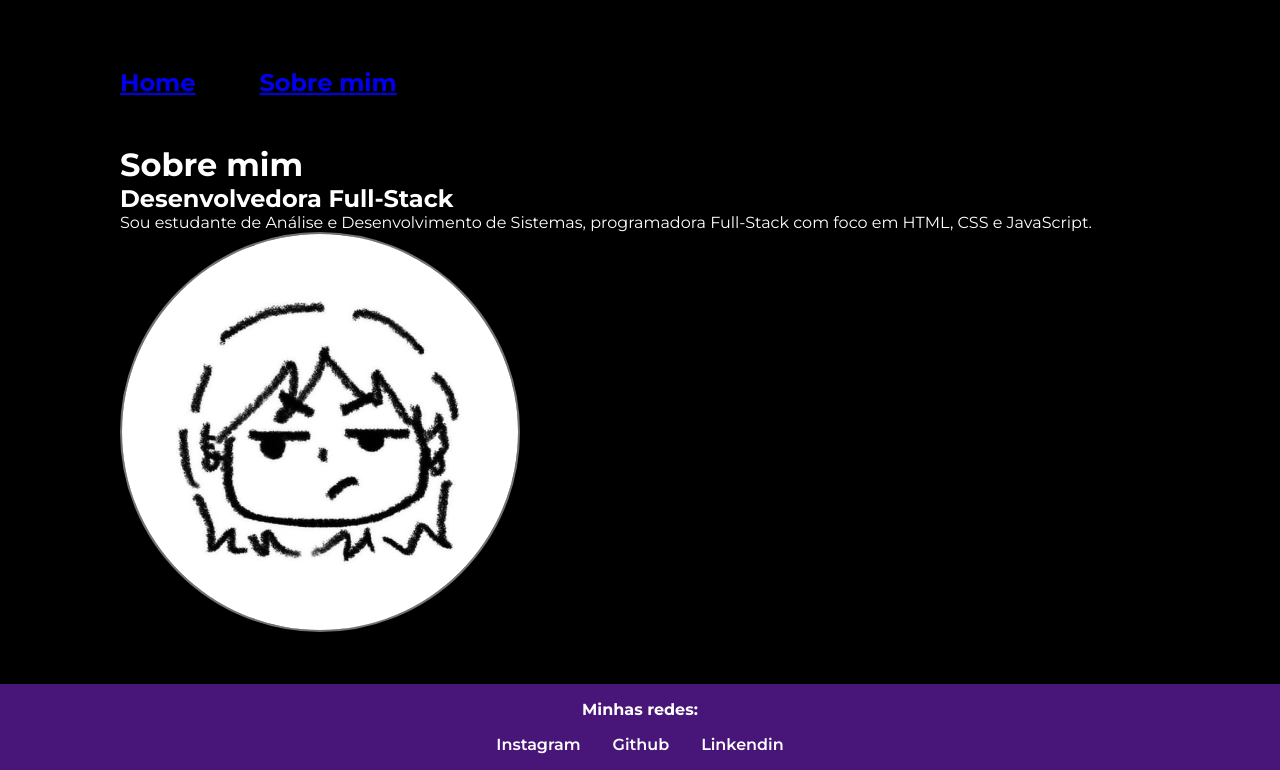
Repository: analessp/portfolio-developer
Page: index.html
The author's editor kept a copy of each file at every save. The page is drawn from the files as they stood at one save, then again after the next save.
The browser window is 1280 px wide. The pictures show the whole page.

Above is the page before, as saved 2025-04-24 10:37:12.

After the next save:
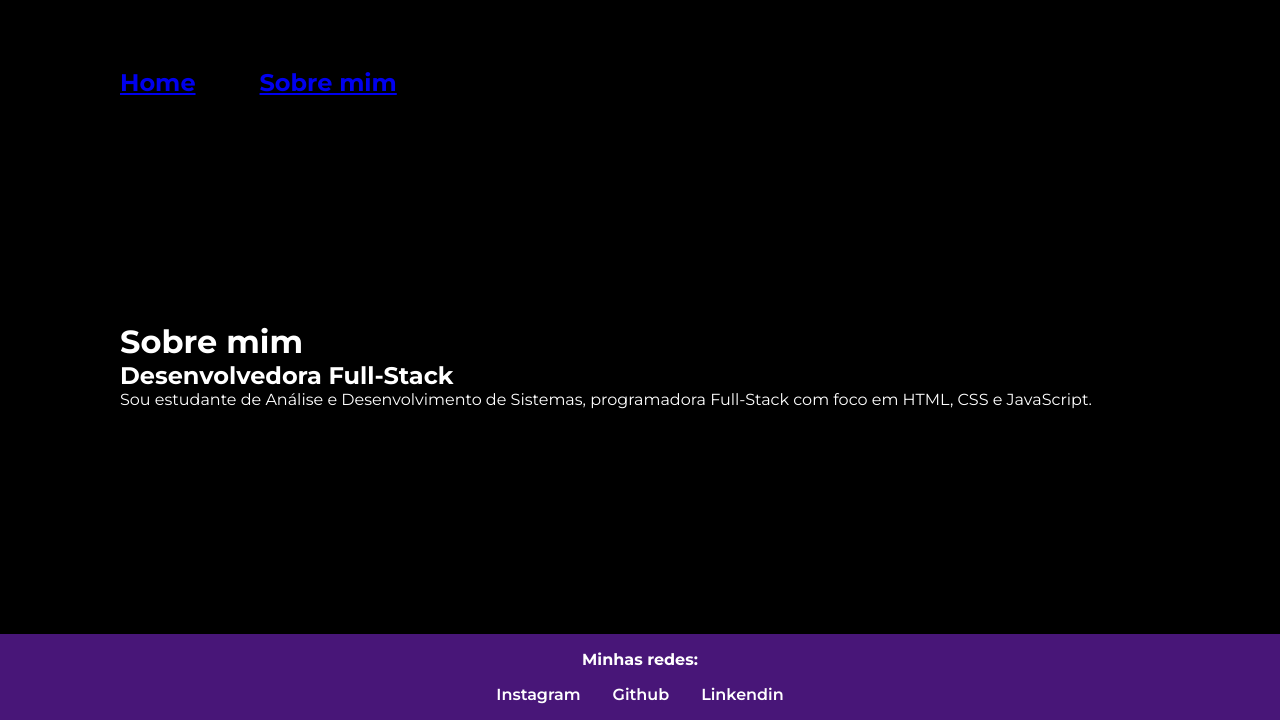
Saved 20 s later.
--- a/index.html
+++ b/index.html
@@ -27,7 +27,6 @@
             <h2>Desenvolvedora Full-Stack</h2>
         </span>
             <p>Sou estudante de Análise e Desenvolvimento de Sistemas, programadora Full-Stack com foco em HTML, CSS e JavaScript.</p>
-        <img src="/assets/avatar.jfif" alt="Avatar de Ana Lessa" class="about-me-image">
     </main>
     <footer>
         <h4>Minhas redes:</h4>
